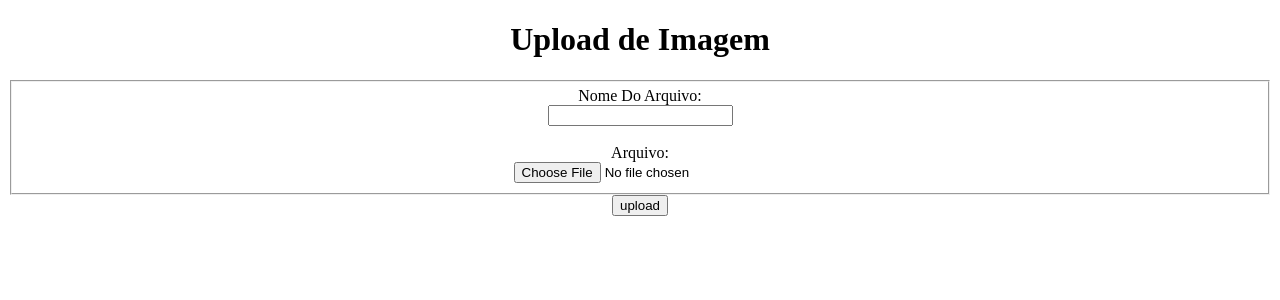
Repository: ThaysaM/upload-de-imagem-java-web
Page: http://localhost/projetoSelecao_Servelet/
An editor plug-in stored every save of this project. The page is shown before and after the next save, followed by the edit.
The browser window is 1280 px wide. The pictures show the whole page.
The page is served by Tomcat 9.

Above is the page before, as saved 2020-09-13 15:43:31.

### projetoSelecao Servelet/WebContent/index.jsp
<%@ page language="java" contentType="text/html; charset=ISO-8859-1"
    pageEncoding="ISO-8859-1"%>
<!DOCTYPE html PUBLIC "-//W3C//DTD HTML 4.01 Transitional//EN" "http://www.w3.org/TR/html4/loose.dtd">
<html>
<head>
	<meta http-equiv="Content-Type" content="text/html; charset=ISO-8859-1">
	<title>Upload de Imagem</title>
</head>
<body>
	<center>
		<h1>Upload de Imagem</h1>
		<form action="ProjetoUpload" enctype="multipart/form-data" method="post">
	    	<fieldset>
		    	Nome Do Arquivo:<br/>
		        <input type="text" name="file_name" placeholder><br/><br/>
				Arquivo:<br/>
				<input type="file" name="file2" /><br>
			</fieldset>
	        	<input type="submit" value="upload" />
	     </form>
	           <%
		           	String file_name=(String)request.getParameter("filename");
		           	if(file_name!=null){
		        	   	out.println(file_name+" File uploaded successfuly");

		       %><br>
		       		<img src="http://localhost:8080/arquivo_upload/<%=file_name%>">
		       <%

	           		}
	           %>

	</center>

</body>
</html>

After the next save:
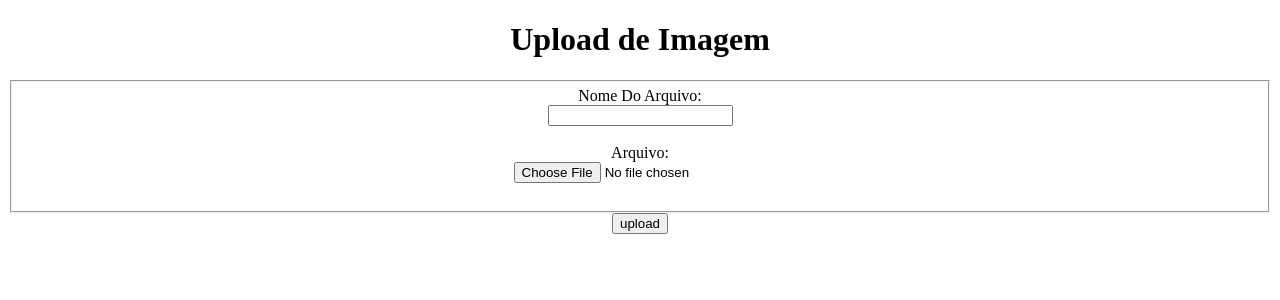
Saved 91 s later.
--- a/projetoSelecao Servelet/WebContent/index.jsp
+++ b/projetoSelecao Servelet/WebContent/index.jsp
@@ -14,9 +14,9 @@
 		    	Nome Do Arquivo:<br/>
 		        <input type="text" name="file_name" placeholder><br/><br/>
 				Arquivo:<br/>
-				<input type="file" name="file2" /><br>
+				<input type="file" name="file2" /><br/><br/>
 			</fieldset>
-	        	<input type="submit" value="upload" />
+	        	<input type="submit" value="upload" /><br/><br/>
 	     </form>
 	           <%
 		           	String file_name=(String)request.getParameter("filename");
